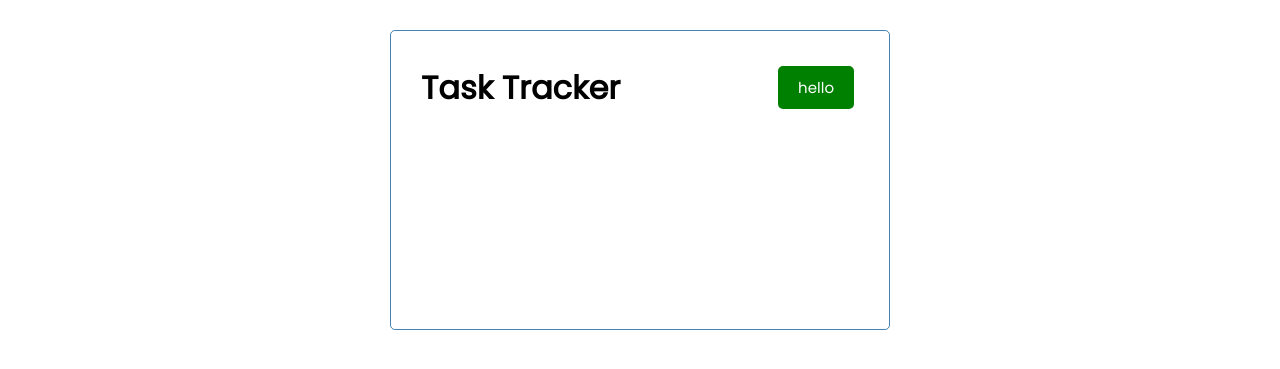
Repository: Samkiroko/task-tracker-app
Page: /
The author's editor kept a copy of each file at every save. The page is drawn from the files as they stood at one save, then again after the next save.
The browser window is 1280 px wide. The pictures show the whole page.
The project was rebuilt for these pictures with package versions that can differ from the ones it lists, and the page was loaded fresh each time.

Above is the page before, as saved 2021-08-02 13:33:28.

After the next save:
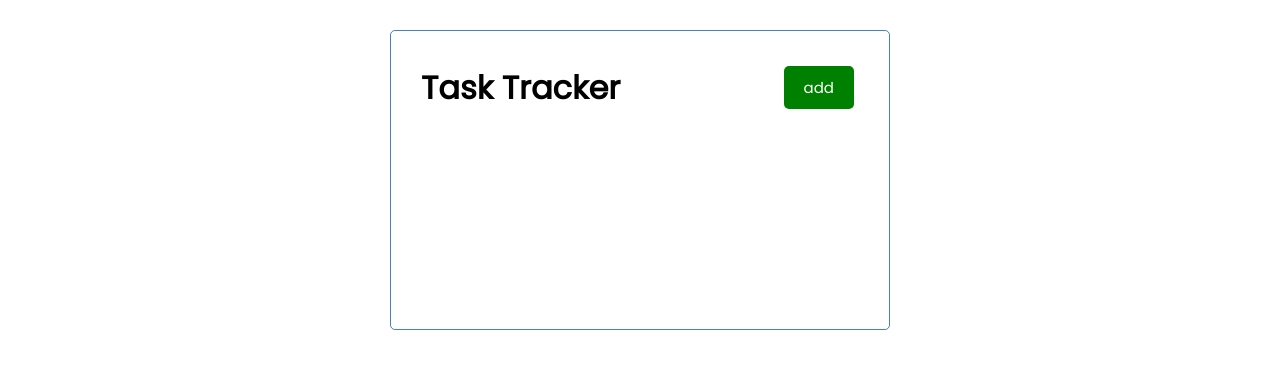
Saved 39 s later.
--- a/src/components/Header.js
+++ b/src/components/Header.js
@@ -5,7 +5,7 @@ const Header = ({ title }) => {
   return (
     <header className='header'>
       <h1>{title}</h1>
-      <Button color='green' text='hello' />
+      <Button color='green' text='add' />
     </header>
   )
 }
